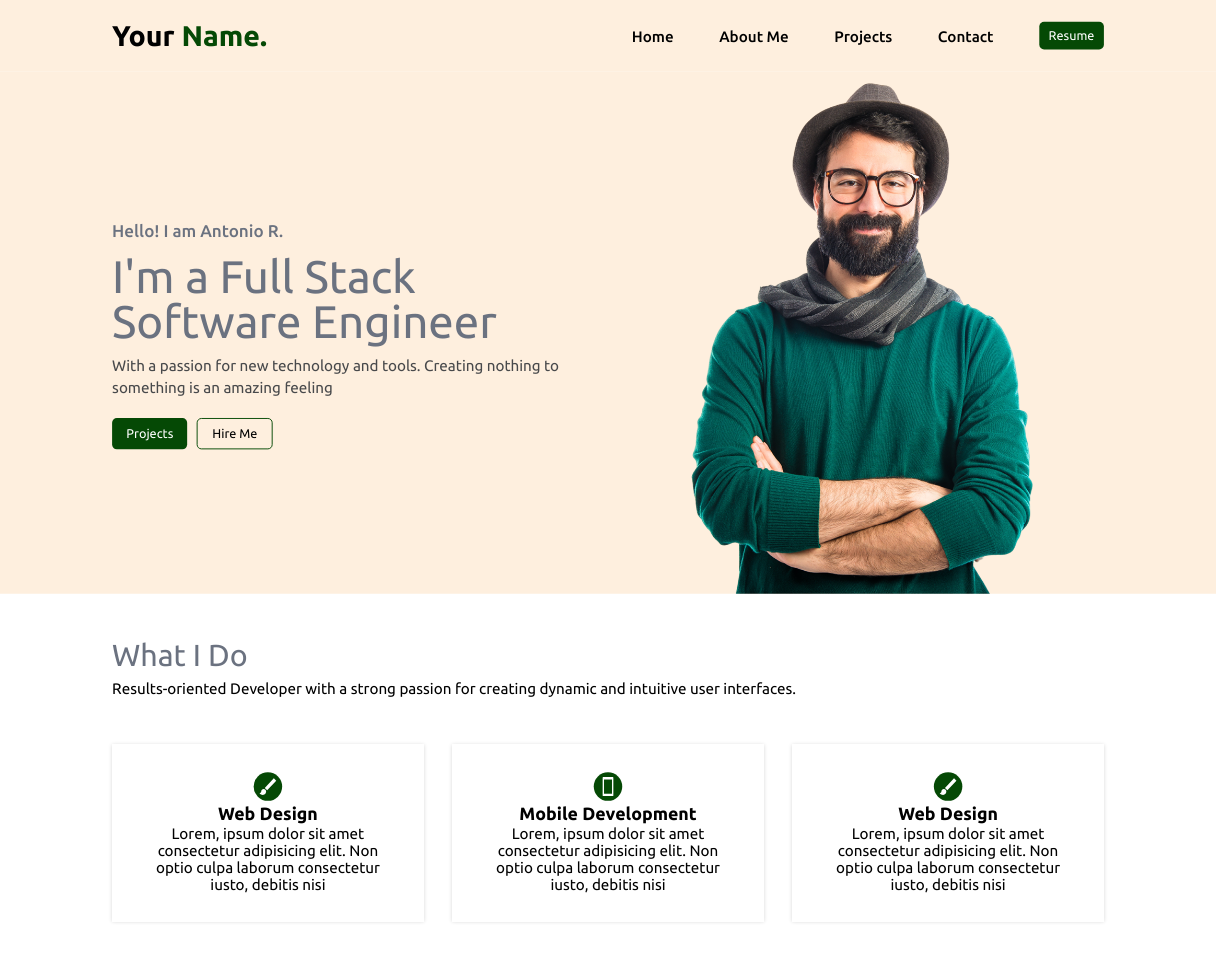
Repository: DevAntonioRogers/vanilla-portfolio
Page: index.html
An editor plug-in stored every save of this project. The page is shown before and after the next save, followed by the edit.
The browser window is 1280 px wide. The pictures show the whole page, at 95% of full size.

Above is the page before, as saved 2023-07-14 23:00:52.

After the next save:
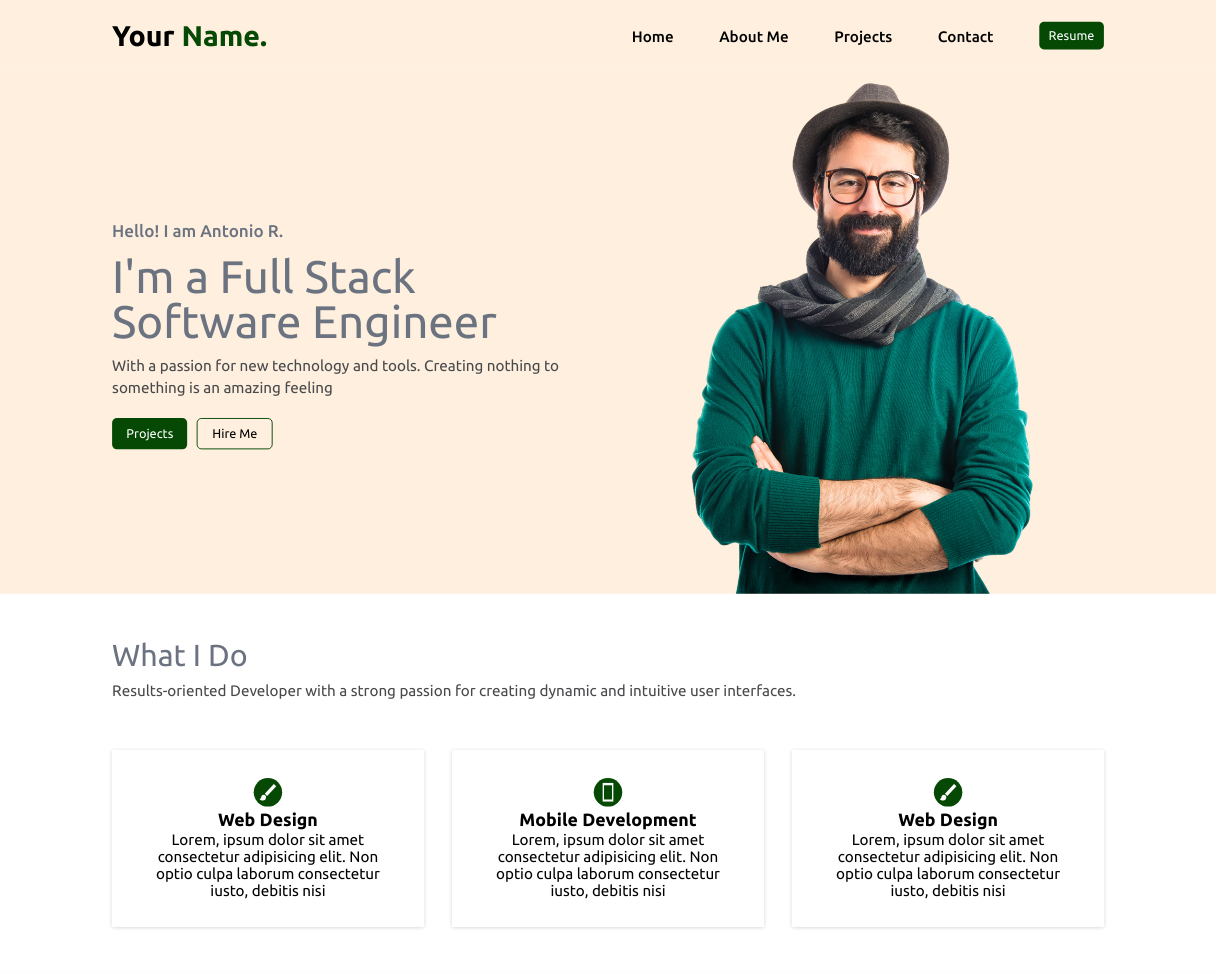
Saved 21 s later.
--- a/style.css
+++ b/style.css
@@ -151,6 +151,13 @@ nav {
   margin-bottom: 10px;
 }
 
+.skills-heading p {
+  font-size: 1rem;
+  line-height: 1.5rem;
+  font-weight: 400;
+  color: #48494b;
+}
+
 .skills-boxes {
   display: grid;
   grid-template-columns: repeat(3, minmax(0, 1fr));
